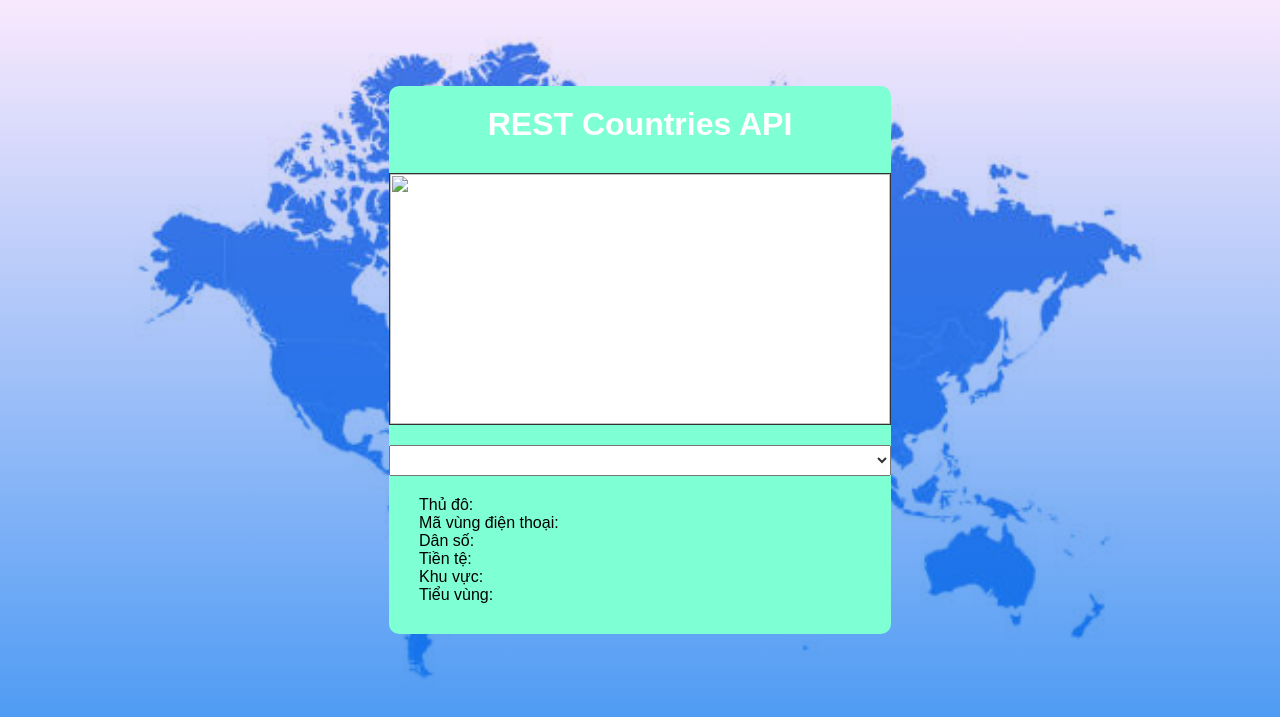
Repository: KhoaTran204/Rest-countries-api-app
Page: index.html
An editor plug-in stored every save of this project. The page is shown before and after the next save, followed by the edit.
The browser window is 1280 px wide. The pictures show the whole page.
The page's requests for data from a server got no answer.

Above is the page before, as saved 2024-04-14 08:50:24.

After the next save:
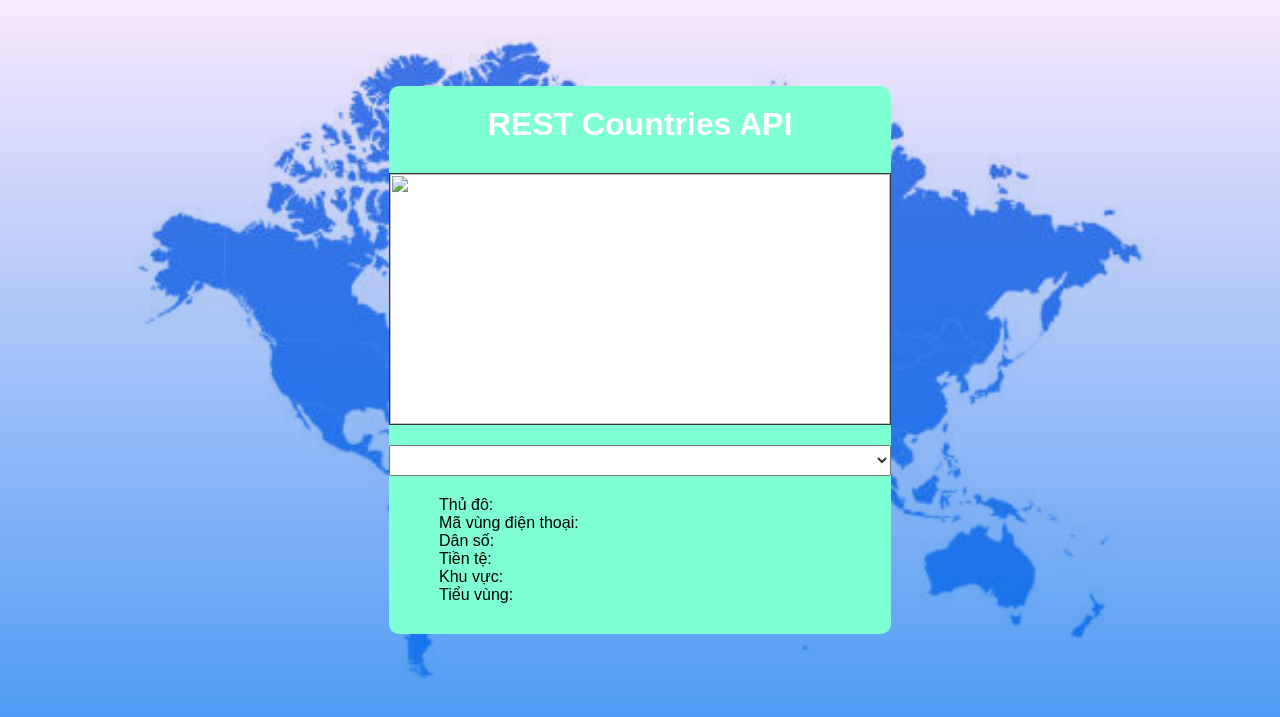
Saved 6 s later.
--- a/style.css
+++ b/style.css
@@ -69,5 +69,5 @@ body {
   text-align-last: center;
 }
 .info {
-  margin-left: 30px;
+  margin-left: 50px;
 }
